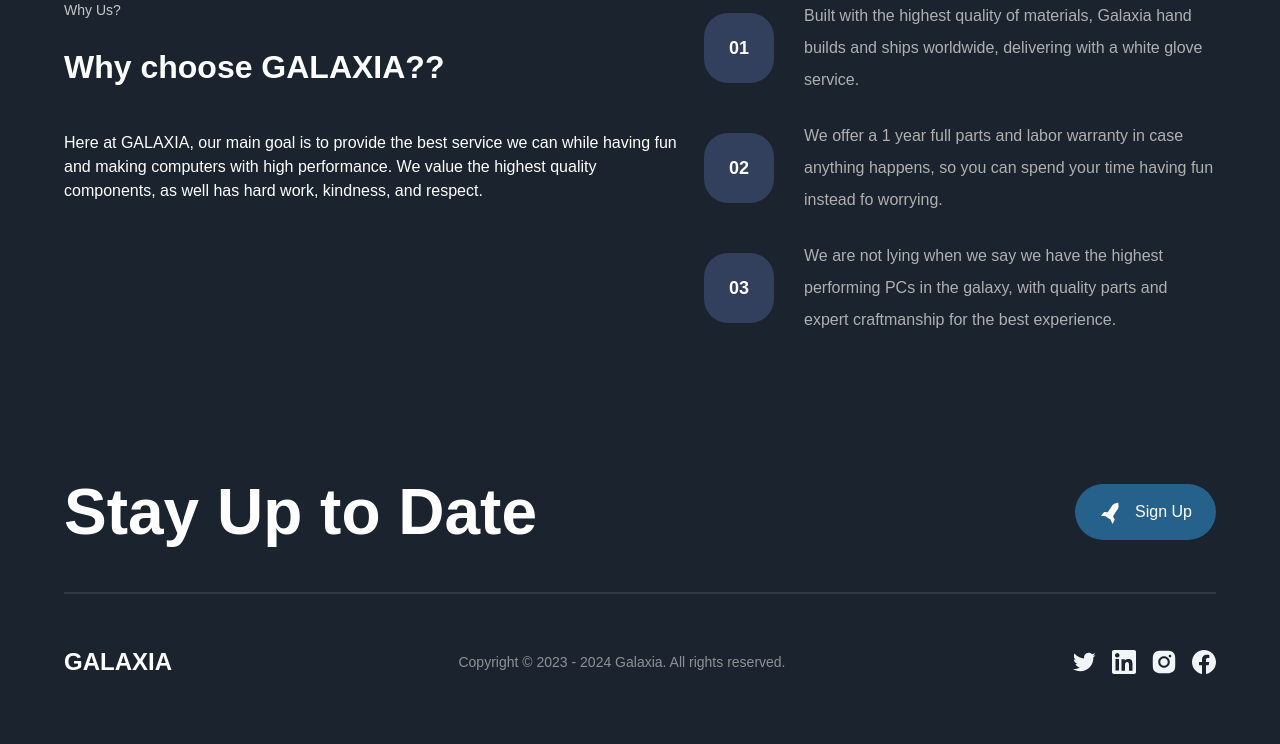
Repository: kaitlynlie/galaxia_pcs
Page: /
The author's editor kept a copy of each file at every save. The page is drawn from the files as they stood at one save, then again after the next save.
The browser window is 1280 px wide. The pictures show the part of the page from y = 2754 to 3578 px (the page is 3498 px tall before and 3578 px after).
Some web fonts or font styles are not loaded; a fallback is used. The project was rebuilt for these pictures with package versions that can differ from the ones it lists, and the page was loaded fresh each time. Also part of the build but not shown: vite.config.js, components/PCcard.jsx, sections/Neptune.jsx, sections/Jupiter.jsx, sections/People.jsx, src/assets/index.js, sections/Video.jsx, sections/Program.jsx and 4 more. Imported but missing from the stored project, and not drawn on this page: src/assets/video.mp4.

Above is the page before, as saved 2023-08-09 19:14:15.

After the next save:
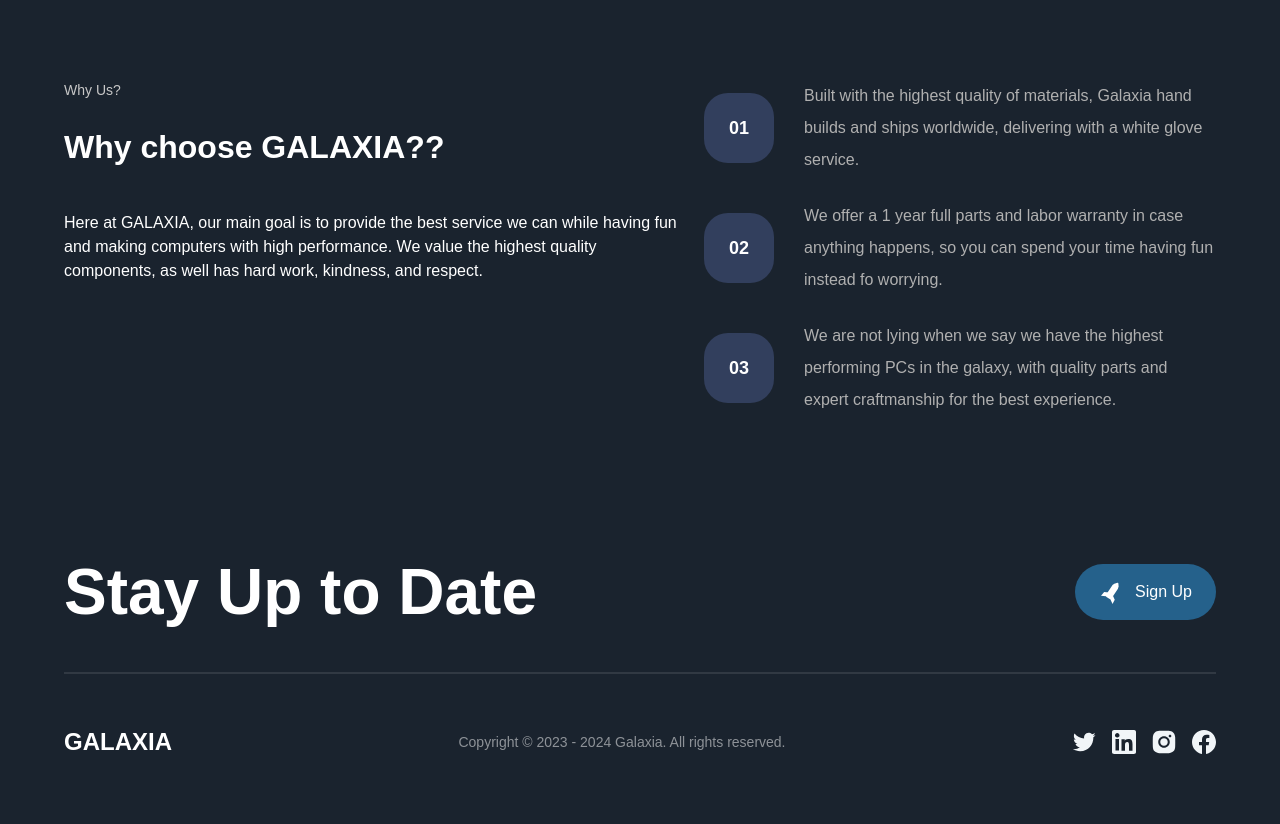
Saved 4 s later.
--- a/sections/WhyUs.jsx
+++ b/sections/WhyUs.jsx
@@ -22,7 +22,7 @@
         </motion.div> */}
         <img src='./whyus.png'
               alt='why us'
-              className="h-[600px] w-[600px]"
+              className="h-[600px] w-[600px] mb-20"
         />
 
         <motion.div
